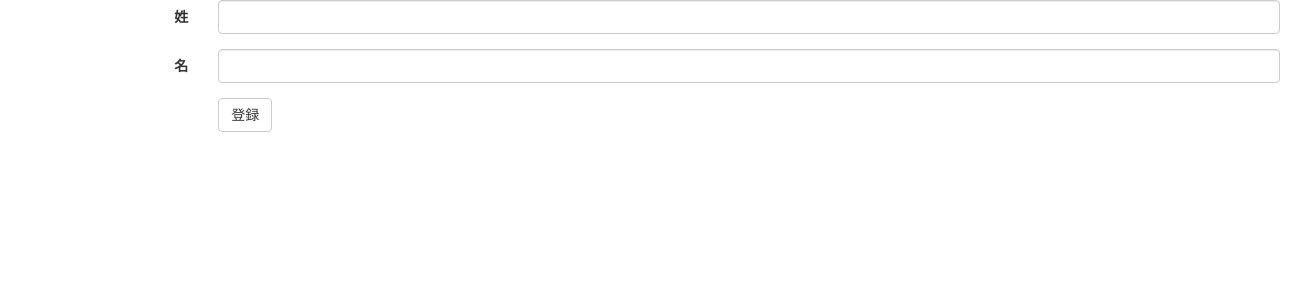
Repository: erinakatagiri/gomi
Page: bootstrap_lesson.html
The author's editor kept a record of every edit. The page is drawn from the files as they stood at one moment, then again after the next edit.
The browser window is 1280 px wide. The page is 1295 px wide, then 1280 px, so the pictures cover 1295 px, including what lies to the right of the window. The pictures show the whole page.

Above is the page before.

### bootstrap_lesson.html
<!DOCTYPE html>
<html>
    <head>
        <meta charset="utf-8">
        <meta http-equiv="X-UA-Compatible" content="IE=edge">
        <meta name="viewport" content="width=device-width, initial-scale=1">

        <title>Grid System Test</title>

        <!-- Bootstrap CSS-->
        <link rel="stylesheet" href="https://maxcdn.bootstrapcdn.com/bootstrap/3.3.7/css/bootstrap.min.css">
        <!-- jQuery -->
        <script src="https://ajax.googleapis.com/ajax/libs/jquery/1.12.4/jquery.min.js"></script>
        <!-- Bootstrap JavaScript-->
        <script src="https://maxcdn.bootstrapcdn.com/bootstrap/3.3.7/js/bootstrap.min.js"></script>

        <style>
            .row div {
                border: 1px solid #000;
                padding: 1em;
                text-align: center;
                background-color: #dedede;
            }

        </style>

    </head>
    <body>
       <form class="form-horizontal">
  <!-- "form-group" expresses a row -->
  <div class="form-group">
    <label class="col-xs-2 control-label">姓</label>
    <div class="col-xs-10">
      <input type="text" class="form-control"  name="lastname">
    </div>
  </div>

  <!-- row -->
  <div class="form-group">
    <label class="col-xs-2 control-label">名</label>
    <div class="col-xs-10">
      <input type="text" class="form-control"  name="
      firstname">
    </div>
  </div>

  <!-- row -->
  <div class="form-group">
    <div class="col-xs-offset-2 col-sm-10">
      <button type="submit" class="btn btn-default">登録</button>
    </div>
  </div>
</form>
    </div>
        </div>
    </body>
</html>

After the next edit:
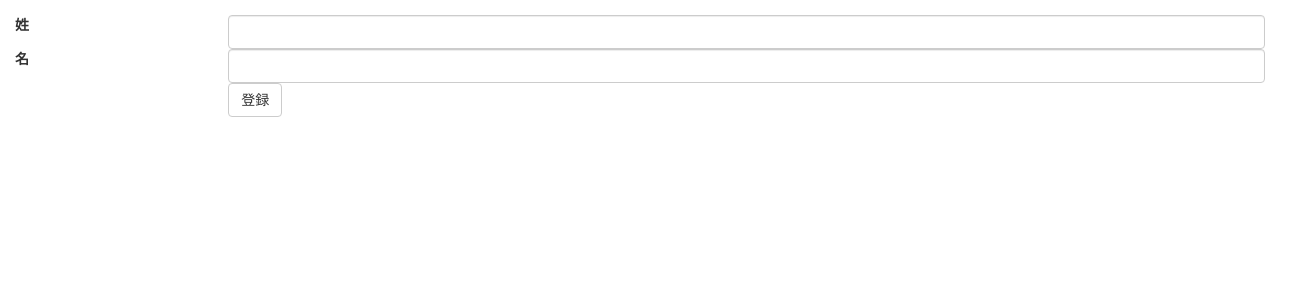
The edit:
--- a/bootstrap_lesson.html
+++ b/bootstrap_lesson.html
@@ -26,7 +26,7 @@
 
     </head>
     <body>
-       <form class="form-horizontal">
+       <form>
   <!-- "form-group" expresses a row -->
   <div class="form-group">
     <label class="col-xs-2 control-label">姓</label>
